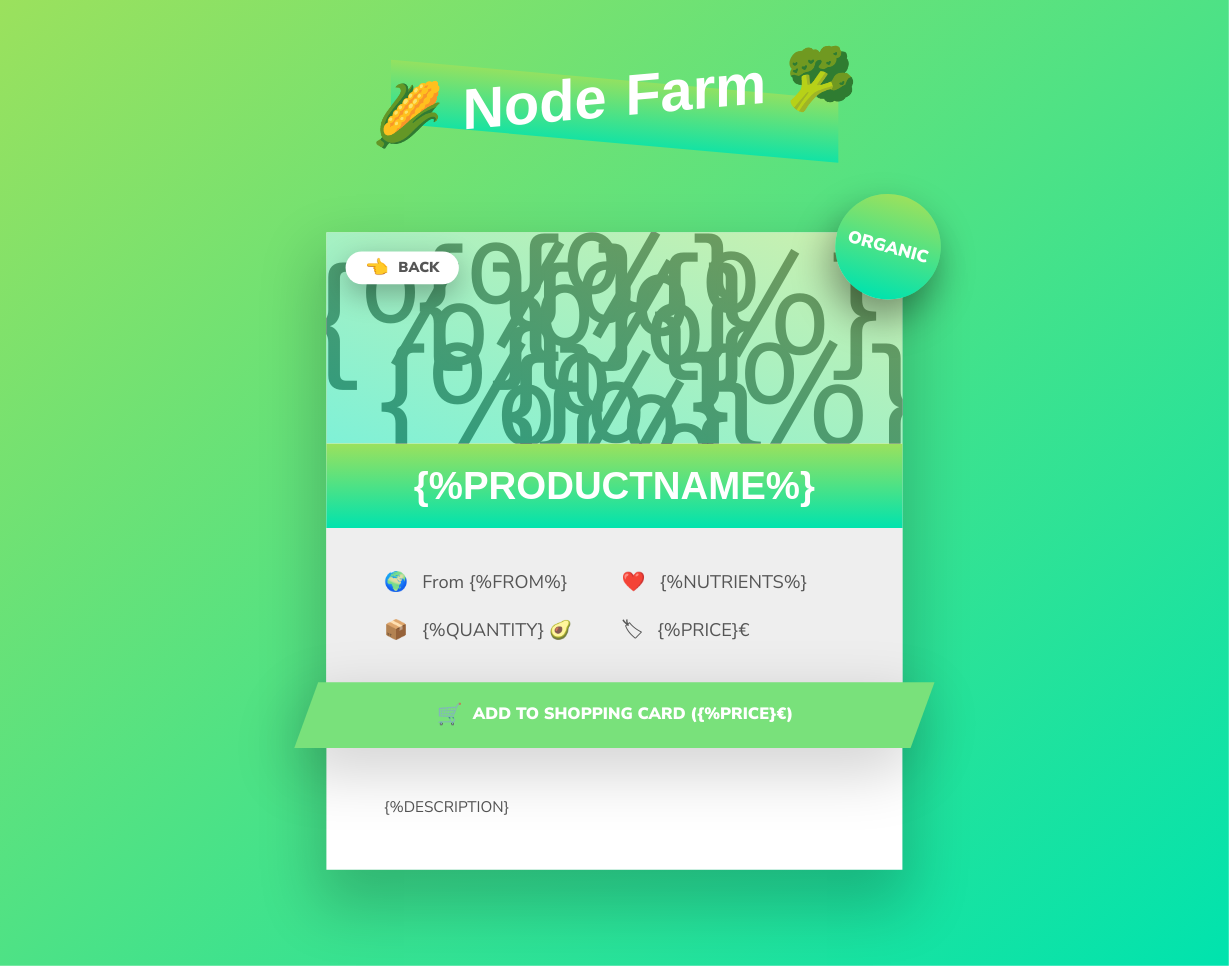
Repository: 13-Joban/Node_Farm_Backend
Page: templates/product.html
These files come from the project's save history. The page is drawn as it stood at one moment and after a run of saves; the edit follows.
The browser window is 1280 px wide. The pictures show the whole page, at 96% of full size.
Some web fonts or font styles are not loaded; a fallback is used.

Above is the page before, as saved 2022-07-16 17:33:25.

### templates/product.html
<!DOCTYPE html>
<html lang="en">
  <head>
    <meta charset="UTF-8" />
    <meta name="viewport" content="width=device-width, initial-scale=1.0" />
    <meta http-equiv="X-UA-Compatible" content="ie=edge" />

    <link
      href="https://fonts.googleapis.com/css?family=Megrim|Nunito+Sans:400,900"
      rel="stylesheet"
    />
    <link
      rel="icon"
      href="https://emojipedia-us.s3.dualstack.us-west-1.amazonaws.com/thumbs/240/apple/155/ear-of-maize_1f33d.png"
    />

    <title>Fresh Avocados 🥑 /// NODE FARM</title>

    <style>
      *,
      *::before,
      *::after {
        margin: 0;
        padding: 0;
        box-sizing: inherit;
      }

      html {
        font-size: 62.5%;
        box-sizing: border-box;
      }

      body {
        padding: 5rem 5rem 10rem;
        line-height: 1.7;
        font-family: 'Nunito Sans', sans-serif;
        color: #555;
        min-height: 100vh;
        background: linear-gradient(to bottom right, #9be15d, #00e3ae);
      }

      h1 {
        font-family: 'Megrim', sans-serif;
        font-size: 6rem;
        color: white;
        transform: skewY(-5deg);
        text-align: center;
        position: relative;
        word-spacing: 3px;
      }

      h1::before {
        content: '';
        display: block;
        height: 65%;
        width: 49%;
        position: absolute;
        top: 105%;
        left: 50%;
        background: linear-gradient(to bottom, #9be15d, #00e3ae);
        opacity: 0.8;
        z-index: -1;
        transform: skewY(370deg) translate(-50%, -50%);
      }

      .container {
        width: 95rem;
        margin: 0 auto;
      }

      .product {
        width: 60rem;
        margin: 0 auto;
        margin-top: 9rem;
        background: white;
        box-shadow: 0 3rem 6rem 1rem rgba(0, 0, 0, 0.2);
        position: relative;
      }

      .product__hero {
        position: relative;
        height: 22rem;
        overflow: hidden;
      }

      .product__hero::before {
        content: '';
        display: block;
        height: 100%;
        width: 100%;
        position: absolute;
        top: 0;
        left: 0;
        background-image: linear-gradient(to left bottom, #9be15d, #00e3ae);
        opacity: 0.5;
        z-index: 100;
      }

      .product__emoji {
        font-size: 15rem;
        position: absolute;
      }

      .product__emoji--1 {
        top: -4rem;
        left: -2rem;
        z-index: 10;
      }

      .product__emoji--2 {
        top: -6rem;
        left: 9rem;
      }

      .product__emoji--3 {
        top: -4rem;
        right: 15rem;
      }

      .product__emoji--4 {
        top: -5rem;
        right: 2rem;
        z-index: 10;
      }

      .product__emoji--5 {
        bottom: -9rem;
        left: 18rem;
      }

      .product__emoji--6 {
        bottom: -8rem;
        left: 5rem;
      }

      .product__emoji--7 {
        bottom: -12rem;
        right: 14rem;
      }

      .product__emoji--8 {
        bottom: -8rem;
        right: -2rem;
      }

      .product__emoji--9 {
        top: -7rem;
        left: 19rem;
      }

      .product__organic {
        position: absolute;
        top: -4rem;
        right: -4rem;
        z-index: 1000;
        height: 11rem;
        width: 11rem;
        background-image: linear-gradient(to bottom, #9be15d, #00e3ae);
        border-radius: 50%;
        transform: rotate(15deg);
        box-shadow: 0 2rem 4rem rgba(0, 0, 0, 0.4);
        display: flex;
        align-items: center;
        justify-content: center;
      }

      .product__organic h5 {
        font-weight: 900;
        text-transform: uppercase;
        font-size: 1.8rem;
        color: white;
      }

      .product__back:link,
      .product__back:visited {
        position: absolute;
        top: 2rem;
        left: 2rem;
        font-size: 1.5rem;
        font-weight: 700;
        text-transform: uppercase;
        text-decoration: none;
        z-index: 1000;
        color: #555;
        background-color: white;
        box-shadow: 0 1rem 3rem rgba(0, 0, 0, 0.3);
        border-radius: 100rem;
        padding: 0 2rem;
        transition: all 0.3s;
        display: flex;
        align-items: center;
      }

      .product__back:hover,
      .product__back:active {
        background-color: #79e17b;
      }

      .product__name {
        background: linear-gradient(to bottom, #9be15d, #00e3ae);
        padding: 1rem;
        font-family: 'Megrim', sans-serif;
        font-size: 4rem;
        color: white;
        text-align: center;
        word-spacing: 2px;
      }

      .product__details {
        background-color: #eee;
        padding: 4rem 6rem;
        font-size: 1.9rem;
        display: grid;
        grid-template-columns: 1fr 1fr;
        grid-gap: 1.5rem;
      }

      .product__description {
        padding: 5rem 6rem;
        font-size: 1.6rem;
        line-height: 1.8;
      }

      .product__link:link,
      .product__link:visited {
        display: block;
        background-color: #79e17b;
        color: white;
        font-size: 1.6rem;
        font-weight: 700;
        text-transform: uppercase;
        text-decoration: none;
        padding: 1.5rem;
        text-align: center;
        transform: scale(1.07) skewX(-20deg);
        box-shadow: 0 2rem 6rem rgba(0, 0, 0, 0.2);
        display: flex;
        align-items: center;
        justify-content: center;
        transition: all 0.3s;
      }

      .product__link:hover,
      .product__link:active {
        background-color: #9be15d;
        transform: scale(1.1) skewX(-20deg);
      }

      .product__link span {
        transform: skewX(20deg);
      }

      .emoji-left {
        font-size: 2rem;
        margin-right: 1rem;
      }

      .emoji-right {
        font-size: 2rem;
        margin-left: 1rem;
      }

      .not-organic {
        display: none;
      }
    </style>
  </head>

  <body>
    <div class="container">
      <h1>🌽 Node Farm 🥦</h1>

      <figure class="product">
        <div class="product__organic"><h5>Organic</h5></div>
        <a href="#" class="product__back">
          <span class="emoji-left">👈</span>Back
        </a>
        <div class="product__hero">
          <span class="product__emoji product__emoji--1">{%}</span>
          <span class="product__emoji product__emoji--2">{%}</span>
          <span class="product__emoji product__emoji--3">{%}</span>
          <span class="product__emoji product__emoji--4">{%}</span>
          <span class="product__emoji product__emoji--5">{%}</span>
          <span class="product__emoji product__emoji--6">{%}</span>
          <span class="product__emoji product__emoji--7">{%}</span>
          <span class="product__emoji product__emoji--8">{%}</span>
          <span class="product__emoji product__emoji--9">{%}</span>
        </div>
        <h2 class="product__name">{%PRODUCTNAME%}</h2>
        <div class="product__details">
          <p><span class="emoji-left">🌍</span> From {%FROM%}</p>
          <p><span class="emoji-left">❤️</span> {%NUTRIENTS%}</p>
          <p><span class="emoji-left">📦</span> {%QUANTITY} 🥑</p>
          <p><span class="emoji-left">🏷</span> {%PRICE}€</p>
        </div>

        <a href="#" class="product__link">
          <span class="emoji-left">🛒</span>
          <span>Add to shopping card ({%PRICE}€)</span>
        </a>

        <p class="product__description">
          {%DESCRIPTION}
        </p>
      </figure>

    </div>
  </body>
</html>

After the next 3 saves:
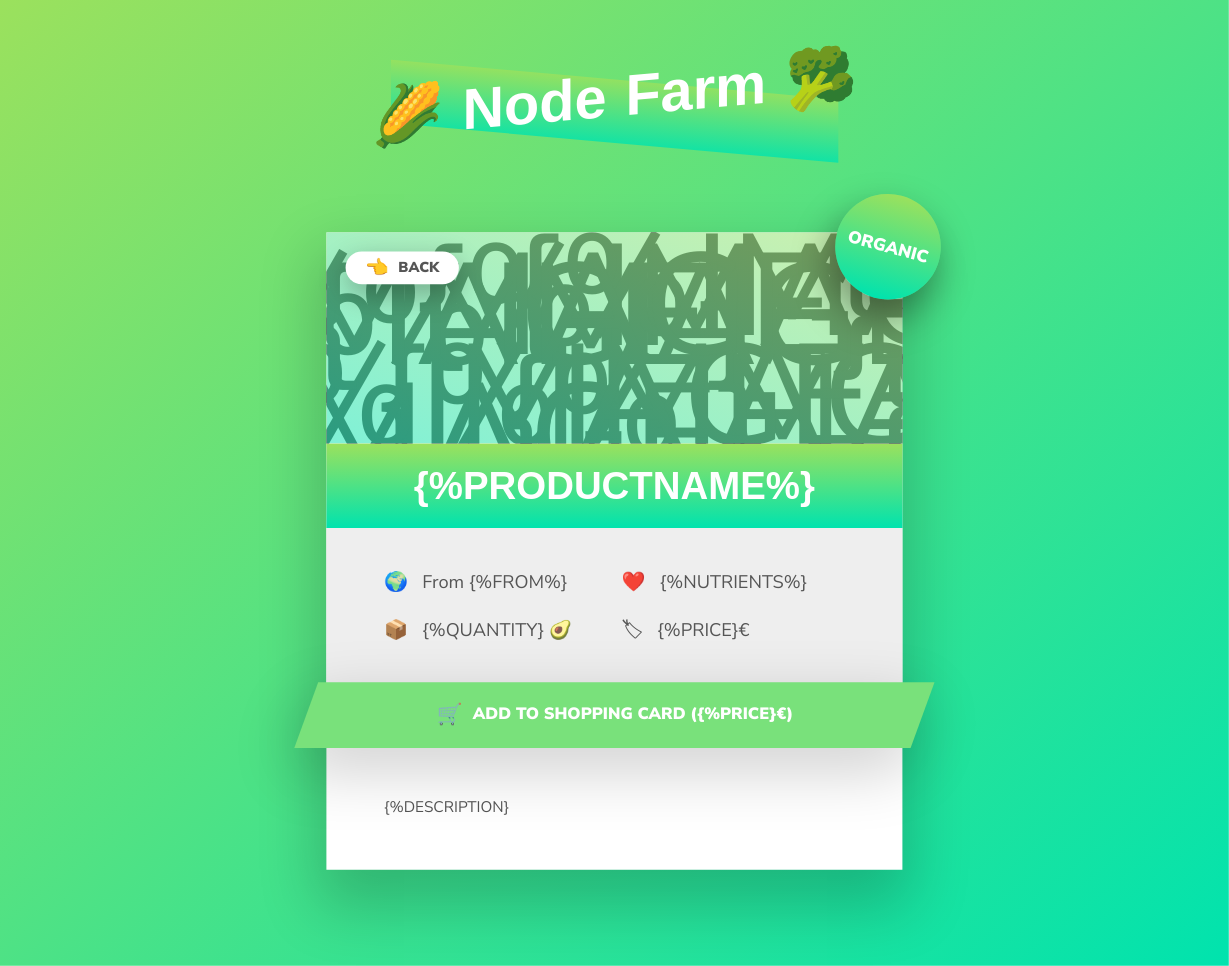
The 3 saves are shown as one change because they came seconds apart.
The last was saved 10 s later.
--- a/templates/product.html
+++ b/templates/product.html
@@ -276,15 +276,15 @@
           <span class="emoji-left">👈</span>Back
         </a>
         <div class="product__hero">
-          <span class="product__emoji product__emoji--1">{%}</span>
-          <span class="product__emoji product__emoji--2">{%}</span>
-          <span class="product__emoji product__emoji--3">{%}</span>
-          <span class="product__emoji product__emoji--4">{%}</span>
-          <span class="product__emoji product__emoji--5">{%}</span>
-          <span class="product__emoji product__emoji--6">{%}</span>
-          <span class="product__emoji product__emoji--7">{%}</span>
-          <span class="product__emoji product__emoji--8">{%}</span>
-          <span class="product__emoji product__emoji--9">{%}</span>
+          <span class="product__emoji product__emoji--1">{%IMAGE}</span>
+          <span class="product__emoji product__emoji--2">{%IMAGE}</span>
+          <span class="product__emoji product__emoji--3">{%IMAGE}</span>
+          <span class="product__emoji product__emoji--4">{%IMAGE}</span>
+          <span class="product__emoji product__emoji--5">{%IMAGE}</span>
+          <span class="product__emoji product__emoji--6">{%IMAGE}</span>
+          <span class="product__emoji product__emoji--7">{%IMAGE}</span>
+          <span class="product__emoji product__emoji--8">{%IMAGE}</span>
+          <span class="product__emoji product__emoji--9">{%IMAGE}</span>
         </div>
         <h2 class="product__name">{%PRODUCTNAME%}</h2>
         <div class="product__details">
